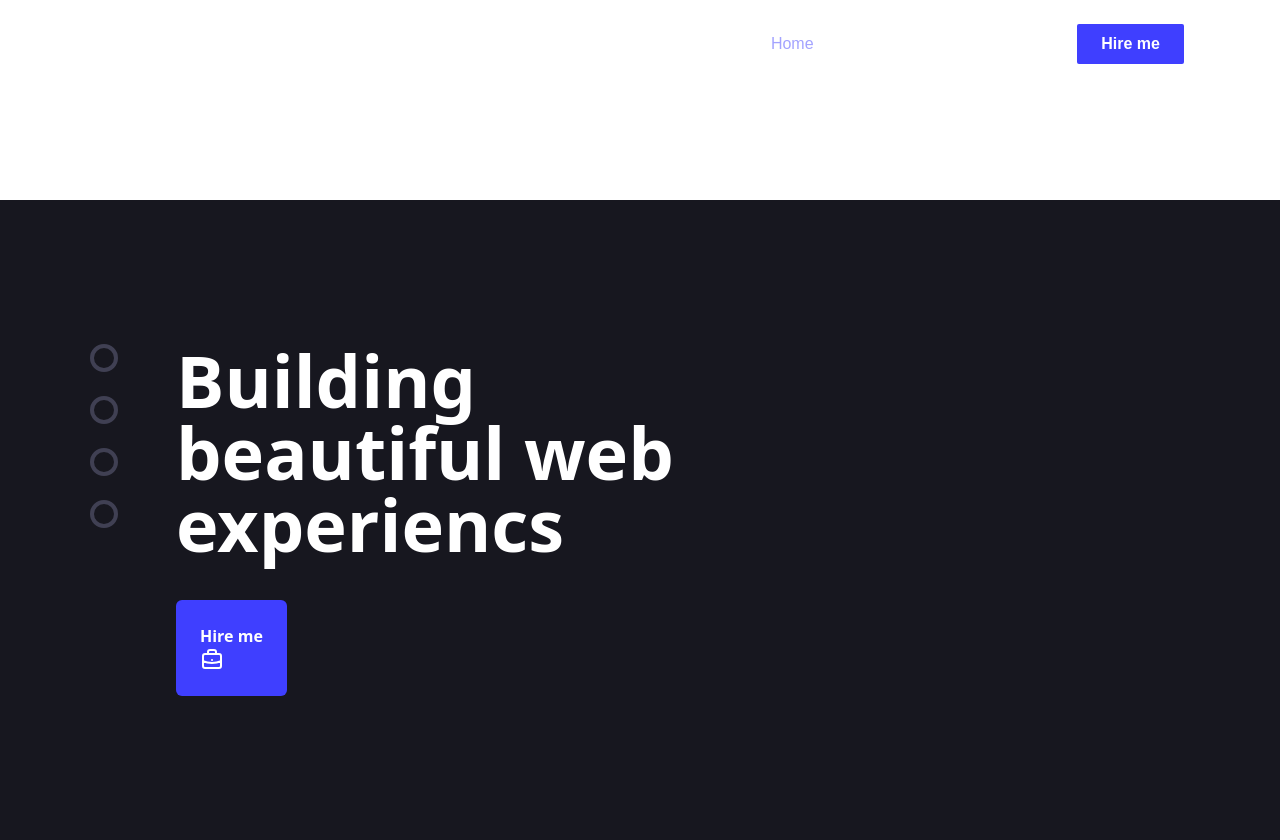
Repository: Alex0715/portfolio
Page: /
The author's editor kept a copy of each file at every save. The page is drawn from the files as they stood at one save, then again after the next save.
The browser window is 1280 px wide. The pictures show the whole page.
The project was rebuilt for these pictures with package versions that can differ from the ones it lists, and the page was loaded fresh each time. The framework's server and built-in components were replaced by stand-ins that run in the browser. Also part of the build but not shown: next.config.js.

Above is the page before, as saved 2022-02-03 22:18:53.

### pages/index.js
import Head from 'next/head'
import Banner from './components/Banner'
import Header from './components/header'



export default function Home() {
  return (
    <div>
      <Header/>
      <body className='bg-body'>
        <Banner/>
      </body>
    </div>

  )
}

### styles/globals.css
@tailwind base;
@tailwind components;
@tailwind utilities;

body{
    scroll-behavior: smooth;
}
.left-50{
    left: 50%;
}
.right-50{
    right: 50%;
}
.top-50{
    top:50%;
}

.nav-dot:hover span{
    opacity:1;
}

### pages/components/Banner.js

function Banner() {
  return (<div className="container mt-16 flex justify-between items-center mx-auto text-white px-8 md:px-14 lg:px-24 w-full">
      <div className="flex flex-wrap md:flex-nowrap">
        <nav className="inline-block lg:mr-24 lg:w-4 fixed left-percentage hidden xl:block">
        <div className="absolute left-50 transform -translate-x-1/2 space-y-6 mt-36">
        <a href="#" className="nav-dot selected-circle block w-7 h-7 rounded-full border-4 border-nav bg-body hover:bg-theme">
        <span className="bg-black px-2 py-1 rounded-md ml-10 opacity-0">Home</span></a>

        <a href="#" className="nav-dot selected-circle block w-7 h-7 rounded-full border-4 border-nav bg-body hover:bg-theme">
        <span className="bg-black px-2 py-1 rounded-md ml-10 opacity-0">Works</span></a>

        <a href="#" className="nav-dot selected-circle block w-7 h-7 rounded-full border-4 border-nav bg-body hover:bg-theme">
        <span className="bg-black px-2 py-1 rounded-md ml-10 opacity-0">Clients</span></a>

        <a href="#" className="nav-dot selected-circle block w-7 h-7 rounded-full border-4 border-nav bg-body hover:bg-theme">
        <span className="bg-black px-2 py-1 rounded-md ml-10 opacity-0">Hire!</span></a>

        </div>
        </nav>
        <br/>

        <div className="flex flex-wrap lg:ml-20 justify-center md:justify-start max-w-xl mt-0 md:my-36">
          <h1 className="font-bold text-5xl md:text-6xl lg:text-7xl text-center md:text-left">Building <br/> beautiful web experiencs</h1>
          <div className="flex mt-10">
          <a href="#"><button className="bg-theme px-6 py-6 font-bold rounded-md items-center">Hire me
          <svg xmlns="http://www.w3.org/2000/svg" className="h-6 w-6 " fill="none" viewBox="0 0 24 24" stroke="currentColor">
  <path strokeLinecap="round" strokeLinejoin="round" strokeWidth={2} d="M21 13.255A23.931 23.931 0 0112 15c-3.183 0-6.22-.62-9-1.745M16 6V4a2 2 0 00-2-2h-4a2 2 0 00-2 2v2m4 6h.01M5 20h14a2 2 0 002-2V8a2 2 0 00-2-2H5a2 2 0 00-2 2v10a2 2 0 002 2z" />
</svg>
          </button></a>
          </div>
          </div>

      </div>
      </div>


  )
}

export default Banner;

### pages/components/Header.js

function Header() {
  return (
  <div className="font-poppins pb-12 ">
  <header className="text-white container py-6 flex justify-between items-center mx-auto px-8 md:px-14 lg:px-24 w-full">
      <div className="text-white text-3xl">Chirantan Bose</div>
      <div className="hidden md:flex space-x-12 items-center">
        <a href="#" className="text-selected-text">Home</a>
        <a href="#">My Works</a>
        <a href="#">Clients</a>
        <a href="#"><button className="bg-theme px-6 py-2 font-bold rounded-sm">Hire me</button></a>
      </div>
      <div className="md:hidden text-white">
      <svg xmlns="http://www.w3.org/2000/svg" className="h-7 w-7" viewBox="0 0 20 20" fill="currentColor">
  <path fillRule="evenodd" d="M3 5a1 1 0 011-1h12a1 1 0 110 2H4a1 1 0 01-1-1zM3 10a1 1 0 011-1h12a1 1 0 110 2H4a1 1 0 01-1-1zM9 15a1 1 0 011-1h6a1 1 0 110 2h-6a1 1 0 01-1-1z" clipRule="evenodd" />
</svg>
      </div>
  </header>
  </div>
  )
}

export default Header;

Loaded but not shown: pages/_app.tsx (common file); tailwind.config.js (common file)

After the next save:
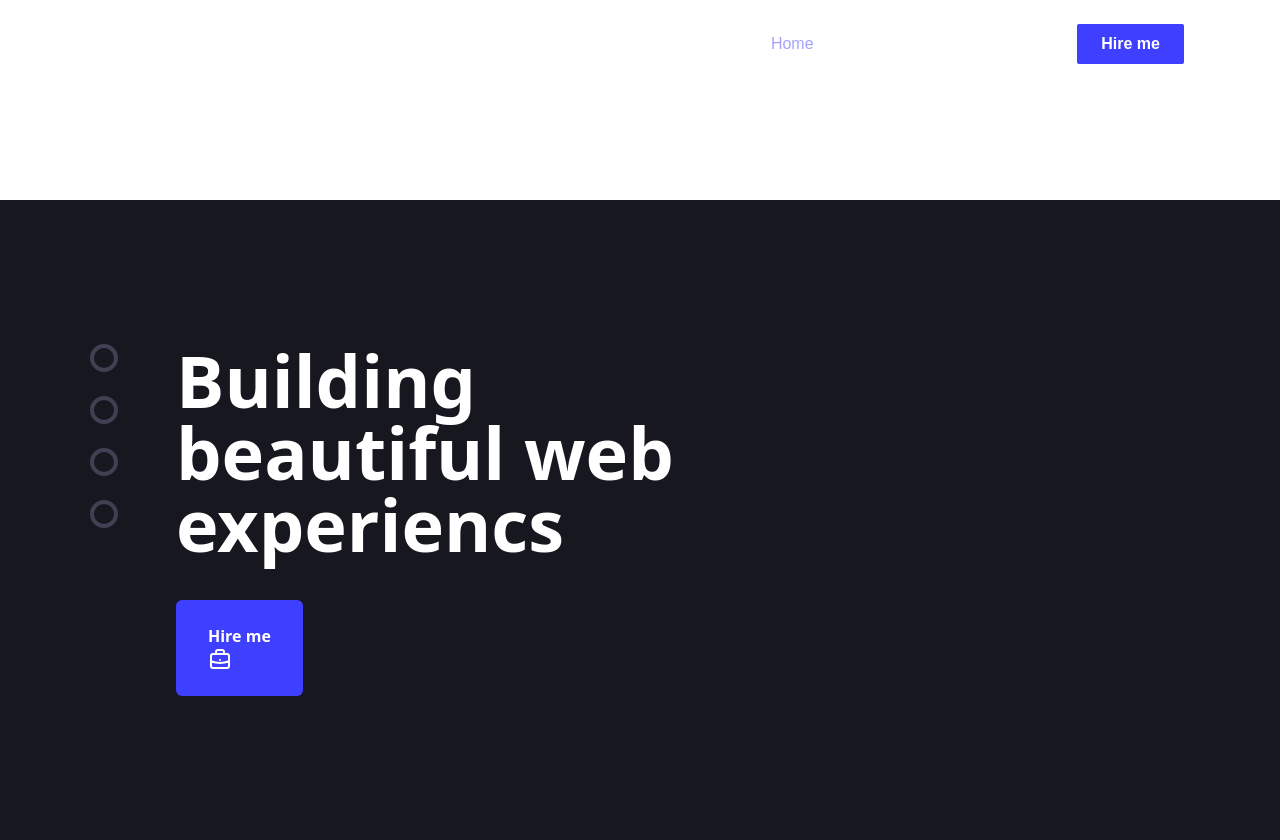
Saved 7 s later.
--- a/pages/components/Banner.js
+++ b/pages/components/Banner.js
@@ -23,7 +23,7 @@
         <div className="flex flex-wrap lg:ml-20 justify-center md:justify-start max-w-xl mt-0 md:my-36">
           <h1 className="font-bold text-5xl md:text-6xl lg:text-7xl text-center md:text-left">Building <br/> beautiful web experiencs</h1>
           <div className="flex mt-10">
-          <a href="#"><button className="bg-theme px-6 py-6 font-bold rounded-md items-center">Hire me
+          <a href="#"><button className="bg-theme px-8 py-6 font-bold rounded-md items-center">Hire me
           <svg xmlns="http://www.w3.org/2000/svg" className="h-6 w-6 " fill="none" viewBox="0 0 24 24" stroke="currentColor">
   <path strokeLinecap="round" strokeLinejoin="round" strokeWidth={2} d="M21 13.255A23.931 23.931 0 0112 15c-3.183 0-6.22-.62-9-1.745M16 6V4a2 2 0 00-2-2h-4a2 2 0 00-2 2v2m4 6h.01M5 20h14a2 2 0 002-2V8a2 2 0 00-2-2H5a2 2 0 00-2 2v10a2 2 0 002 2z" />
 </svg>
